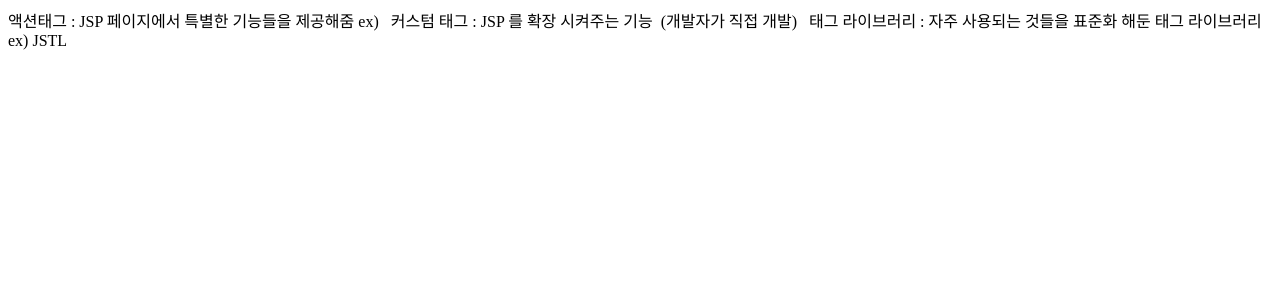
Repository: hyejux/JSP_STUDY
Page: http://localhost/JSPPractice2/JSP_ex5.jsp
The author's editor kept a copy of each file at every save. The page is drawn from the files as they stood at one save, then again after the next save.
The browser window is 1280 px wide. The pictures show the whole page.
The page is served by Tomcat 9.

Above is the page before, as saved 2025-01-07 16:41:24.

After the next save:
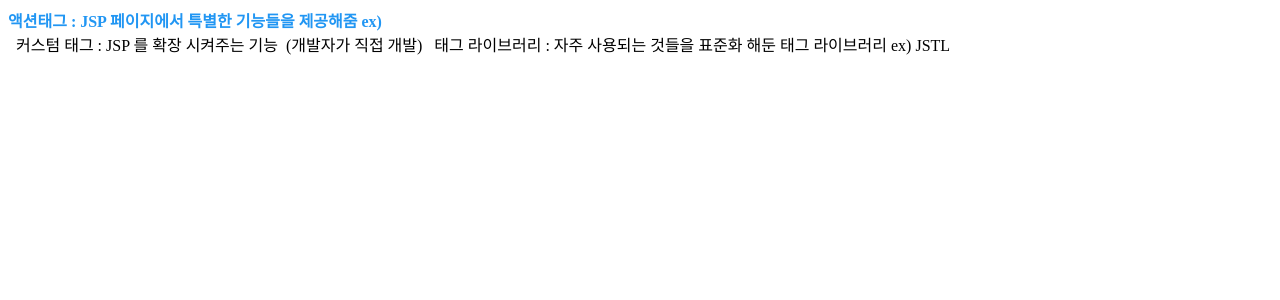
Saved 14 s later.
--- a/JSPPractice2/src/main/webapp/JSP_ex5.jsp
+++ b/JSPPractice2/src/main/webapp/JSP_ex5.jsp
@@ -9,8 +9,11 @@
 </head>
 <body>
 
+<div class="info">
+	<div> 액션태그 : JSP 페이지에서 특별한 기능들을 제공해줌 ex) </div>
+</div>
 
-액션태그 : JSP 페이지에서 특별한 기능들을 제공해줌 ex)
+
 
 커스텀 태그 : JSP 를 확장 시켜주는 기능  (개발자가 직접 개발)
 
